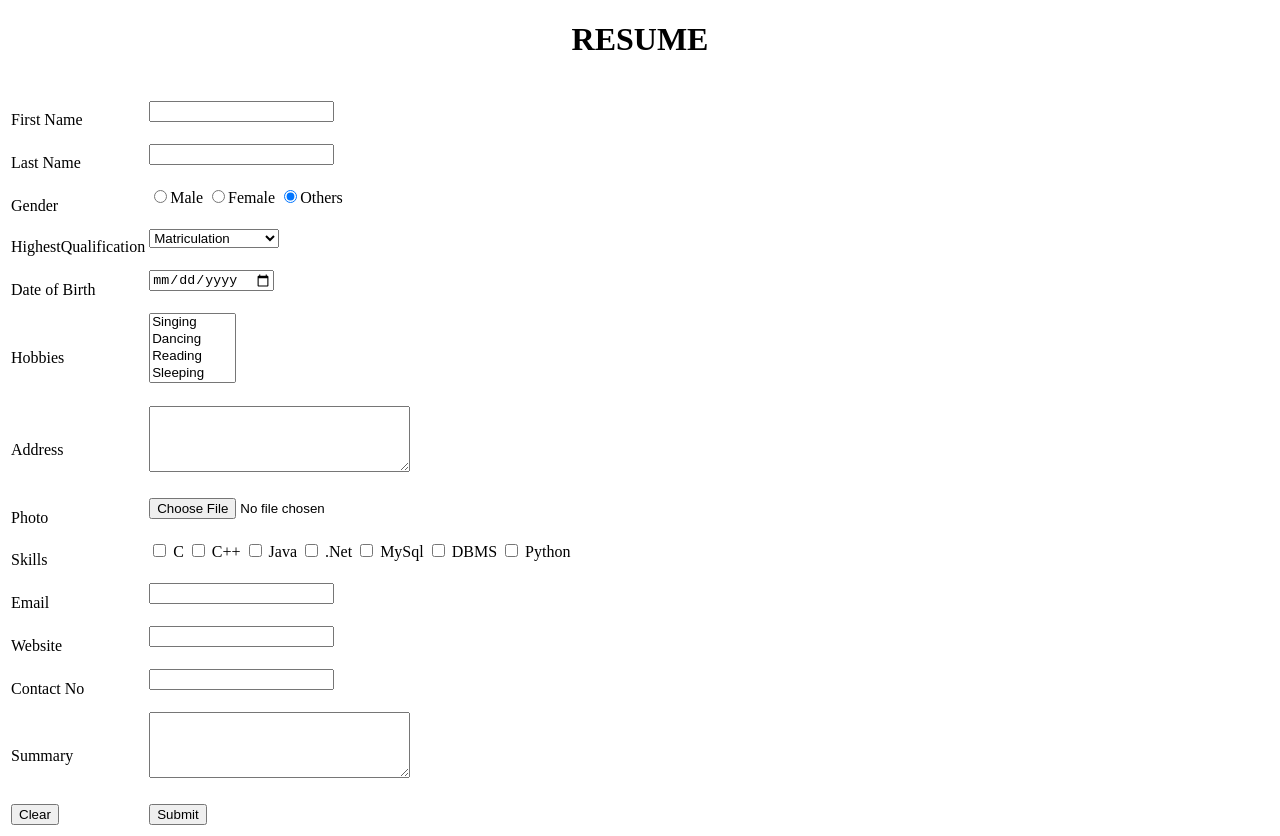
Repository: Rccalfa123/JEE
Page: MyFirstServlet/WebContent/Resume.html
These files come from the project's save history. The page is drawn as it stood at one moment and after the next save; the edit follows.
The browser window is 1280 px wide. The pictures show the whole page.

Above is the page before, as saved 2018-08-07 08:58:26.

### MyFirstServlet/WebContent/Resume.html
<!DOCTYPE html>
<html>
<head>
<meta charset="ISO-8859-1">
<title>Resume</title>
</head>
<body>
   <form action="ms1.java" method="get">
   <h1 align="center"> RESUME </h1><br>
  <table>
   <tr><td>First Name </td><td><input type="text" name="fname"><br><br></td></tr>

   <tr><td>Last Name</td> <td> <input type="text" name="lname"><br><br></td></tr>

   <tr><td>Gender</td> <td><input type="radio" name = "gender" value="male" checked="checked">Male
   		  <input type="radio" name = "gender" value="female" checked="checked">Female
   		  <input type="radio" name = "gender" value="others" checked="checked">Others<br><br></td></tr>

   <tr><td>HighestQualification</td> <td><select name = "Qualification">
            <option value="matriculation">Matriculation</option>
            <option value="intermediate">Intermediate</option>
            <option value="bachaolor_degree">Bachaelor Degree</option>
            <option value="masters">Masters</option>
   			</select><br><br></td></tr>

   <tr><td>Date of Birth</td><td> <input type="date" name="dob"><br><br></td></tr>

   <tr><td>Hobbies</td> <td><select multiple  name = "hobbies">
            <option value="singing">Singing</option>
            <option value="dancing">Dancing</option>
            <option value="reading">Reading</option>
            <option value="sleeping">Sleeping</option>
            <option value="eating">Eating</option>
            <option value="video_games">Video Games</option>
   			</select><br><br></td></tr>

   <tr><td>Address</td><td> <textarea name="address"   rows="4" cols="30"></textarea><br><br></td></tr>

   <tr><td>Photo</td><td><input type="file"  name="photo"><br><br></td></tr>


   <tr><td>Skills </td>   <td><input type="checkbox" name="skills" value="c"> C
   			 <input type="checkbox" name="skills" value="c++"> C++
   			 <input type="checkbox" name="skills" value="java"> Java
  			 <input type="checkbox" name="skills" value=".net"> .Net
  			 <input type="checkbox" name="skills" value="mysql"> MySql
   			 <input type="checkbox" name="skills" value="dbms"> DBMS
   			 <input type="checkbox" name="skills" value="python"> Python<br><br></td></tr>

  <tr><td>Email</td> <td>   <input type="email"  name="email"> <br><br></td></tr>

  <tr><td>Website</td> <td> <input type="url" name="website"><br><br></td></tr>

  <tr><td>Contact No</td> <td><input type="text" name="contact_no"> <br><br></td></tr>

  <tr><td>Summary </td><td> <textarea name="summary"   rows="4" cols="30"></textarea><br><br></td></tr>

  <tr> <td><input type="reset" value="Clear"></td><td> <input type="submit" value="Submit"> </td></tr>
  </table>
 </form>


</body>
</html>

After the next save:
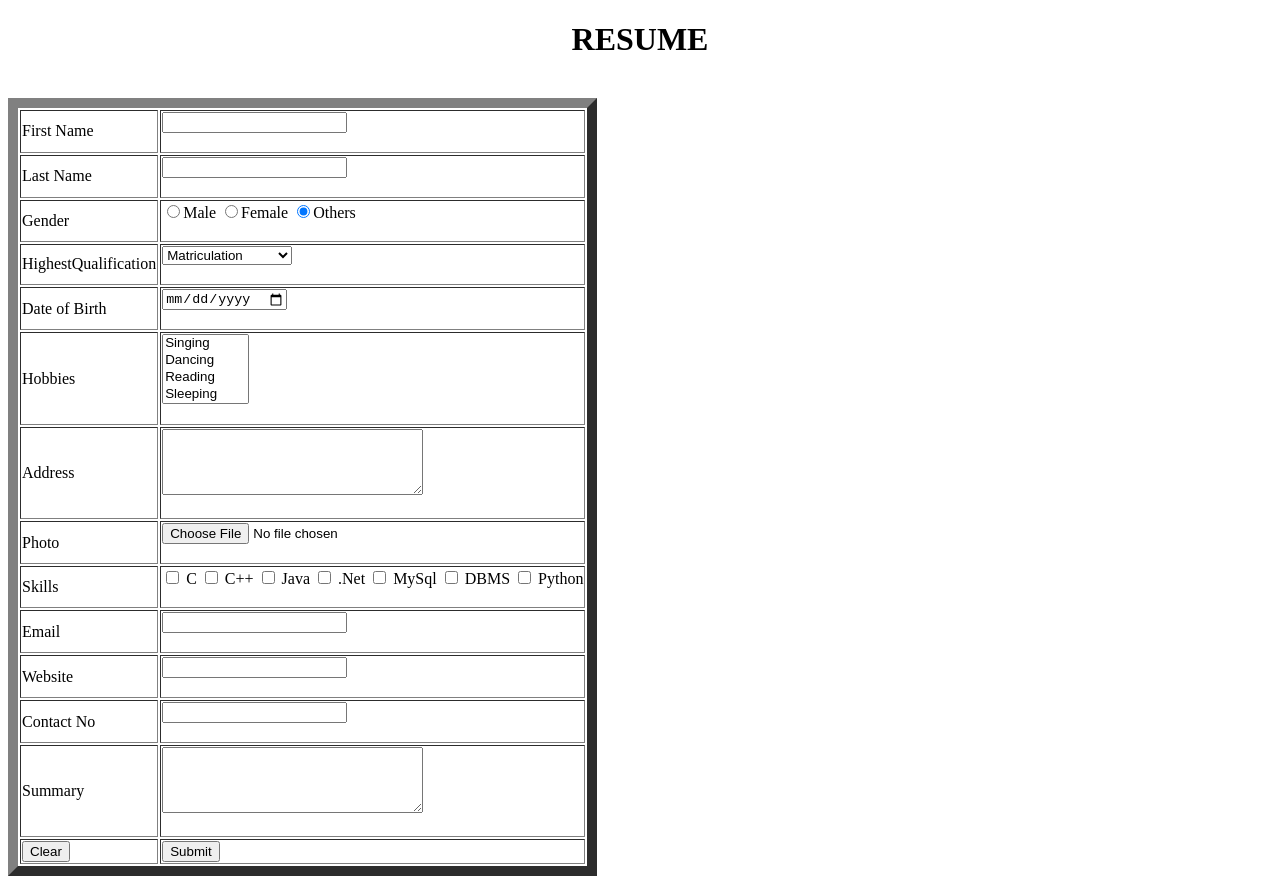
Saved 3 min 28 s later.
--- a/MyFirstServlet/WebContent/Resume.html
+++ b/MyFirstServlet/WebContent/Resume.html
@@ -7,7 +7,7 @@
 <body>
    <form action="ms1.java" method="get">
    <h1 align="center"> RESUME </h1><br>
-  <table>
+  <table border="10px">
    <tr><td>First Name </td><td><input type="text" name="fname"><br><br></td></tr>
 
    <tr><td>Last Name</td> <td> <input type="text" name="lname"><br><br></td></tr>
